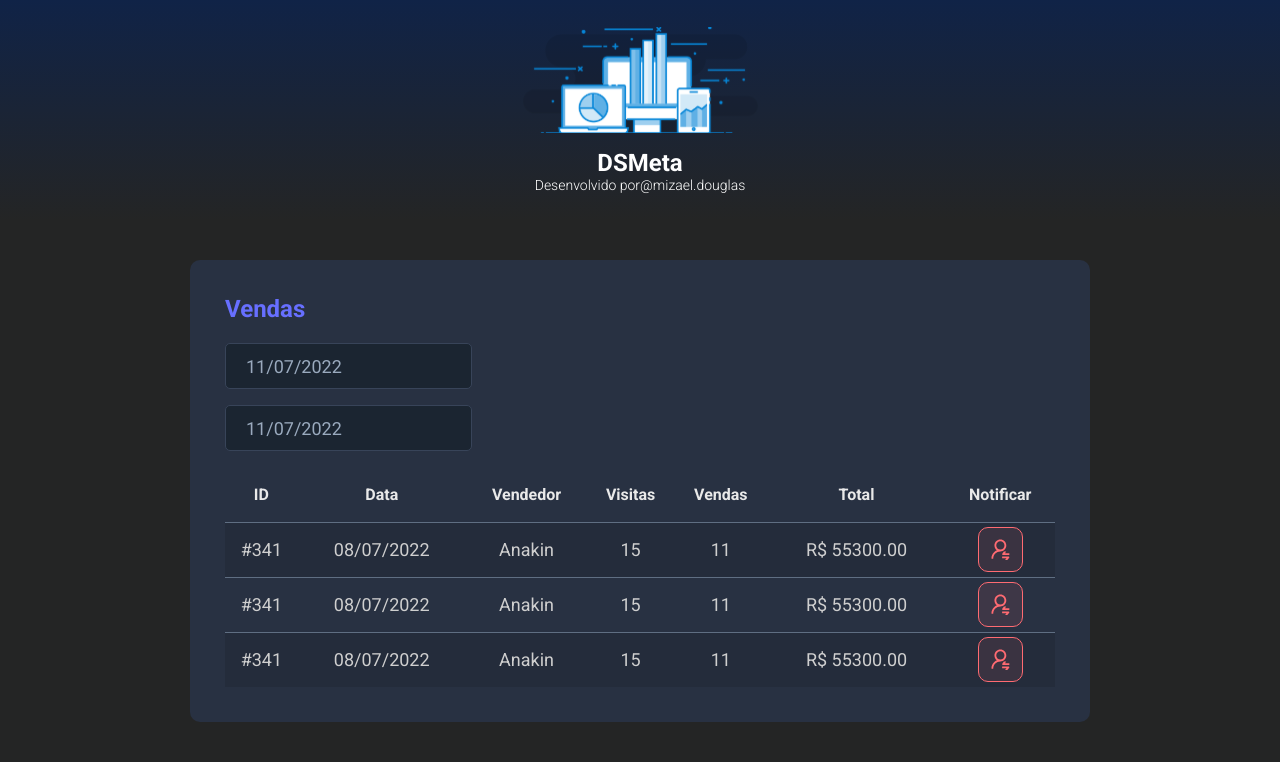
Repository: Mizaeldouglas/ds-Meta
Page: / (app in frontend/)
The author's editor kept a copy of each file at every save. The page is drawn from the files as they stood at one save, then again after the next save.
The browser window is 1280 px wide. The pictures show the whole page.
The project was rebuilt for these pictures with package versions that can differ from the ones it lists, and the page was loaded fresh each time. Also part of the build but not shown: frontend/vite.config.ts.

Above is the page before, as saved 2022-07-11 11:37:25.

### frontend/src/App.tsx
import Header from "./components/Header";
import NotificationButton from "./components/NotificationButton";
import SalesCard from "./components/SalesCard";

function App() {
  return (
    <>
      <Header />
      <main>
        <section id="sales">
          <div className="dsmeta-container">
			<SalesCard />
		  </div>
        </section>
      </main>
    </>
  );
}

export default App;

### frontend/src/index.css
@import url("https://fonts.googleapis.com/css2?family=Roboto:wght@300;400;700&display=swap");

* {
  font-family: "Roboto", sans-serif;
  box-sizing: border-box;
  margin: 0;
  padding: 0;
}

body,
html {
  background-color: #242525;
  color: #fff;
}

a,
a:hover,
a:visited {
  color: unset;
  text-decoration: none;
}
.dsmeta-container {
	width: 100%;
	max-width: 900px;
	margin: 0 auto;
  }

  #sales {
	padding: 40px 10px;
  }

### frontend/src/components/Header/index.tsx
import "./styles.css";
import logo from "../../assets/img/logo.svg";

function Header() {
  return (
    <header>
      <div className="dsmeta-logo-container">
        <img src={logo} alt="DSMeta" />
        <h1>DSMeta</h1>
        <p>
          Desenvolvido por
          <a href="https://www.instagram.com/mizael.douglas">@mizael.douglas</a>
        </p>
      </div>
    </header>
  );
}

export default Header;

### frontend/src/components/SalesCard/index.tsx
import NotificationButton from "../NotificationButton";
import "./styles.css";
import DatePicker from "react-datepicker";
import "react-datepicker/dist/react-datepicker.css";

export default function SalesCard() {
  return (
    <div className="dsmeta-card">
      <h2 className="dsmeta-sales-title">Vendas</h2>
      <div>
        <div className="dsmeta-form-control-container">
          <DatePicker
            selected={new Date()}
            onChange={(date: Date) => {}}
            className="dsmeta-form-control"
            dateFormat="dd/MM/yyyy"
          />
        </div>
        <div className="dsmeta-form-control-container">
          <DatePicker
            selected={new Date()}
            onChange={(date: Date) => {}}
            className="dsmeta-form-control"
            dateFormat="dd/MM/yyyy"
          />
        </div>
      </div>

      <div>
        <table className="dsmeta-sales-table">
          <thead>
            <tr>
              <th className="show992">ID</th>
              <th className="show576">Data</th>
              <th>Vendedor</th>
              <th className="show992">Visitas</th>
              <th className="show992">Vendas</th>
              <th>Total</th>
              <th>Notificar</th>
            </tr>
          </thead>
          <tbody>
            <tr>
              <td className="show992">#341</td>
              <td className="show576">08/07/2022</td>
              <td>Anakin</td>
              <td className="show992">15</td>
              <td className="show992">11</td>
              <td>R$ 55300.00</td>
              <td>
                <div className="dsmeta-red-btn-container">
                  <NotificationButton />
                </div>
              </td>
            </tr>
            <tr>
              <td className="show992">#341</td>
              <td className="show576">08/07/2022</td>
              <td>Anakin</td>
              <td className="show992">15</td>
              <td className="show992">11</td>
              <td>R$ 55300.00</td>
              <td>
                <div className="dsmeta-red-btn-container">
                  <NotificationButton />
                </div>
              </td>
            </tr>
            <tr>
              <td className="show992">#341</td>
              <td className="show576">08/07/2022</td>
              <td>Anakin</td>
              <td className="show992">15</td>
              <td className="show992">11</td>
              <td>R$ 55300.00</td>
              <td>
                <div className="dsmeta-red-btn-container">
                  <NotificationButton />
                </div>
              </td>
            </tr>
          </tbody>
        </table>
      </div>
    </div>
  );
}

### frontend/src/components/Header/styles.css
header {
	background: linear-gradient(180deg, #102347 0%, #242525 100%);
	height: 220px;
	display: flex;
	align-items: center;
	justify-content: center;
  }

  .dsmeta-logo-container {
	display: flex;
	flex-direction: column;
	align-items: center;
  }

  .dsmeta-logo-container img {
	width: 235px;
  }

  .dsmeta-logo-container h1 {
	margin-top: 15px;
	font-size: 24px;
  }

  .dsmeta-logo-container p {
	font-size: 14px;
	font-weight: 300;
  }

### frontend/src/components/NotificationButton/index.tsx
import icon from '../../assets/img/notification-icon.svg'
import './styles.css'

function NotificationButton() {
  return (
    <div className="dsmeta-red-btn">
      <img src={icon} alt="Notificar" />
    </div>
  );
}

export default NotificationButton;

### frontend/src/components/SalesCard/styles.css
.dsmeta-card {
  background-color: #283142;
  border-radius: 10px;
  padding: 30px 10px;
}

.dsmeta-sales-title {
  color: #676fff;
  font-size: 24px;
  margin-bottom: 20px;
}

.dsmeta-form-control-container {
  margin-bottom: 16px;
  max-width: 300px;
}

.dsmeta-form-control {
  width: 100%;
  height: 46px;
  background-color: #1b2531;
  border: 1px solid #384459;
  border-radius: 5px;
  color: #9aaabe;
  padding: 0 20px;
  font-size: 18px;
}

.dsmeta-sales-table {
  width: 100%;
  border-spacing: 0;
  border-collapse: collapse;
}

.dsmeta-sales-table thead {
  height: 55px;
  font-size: 16px;
  color: #e9e9e9;
  font-weight: 700;
}

.dsmeta-sales-table tbody {
  font-size: 14px;
  font-weight: 400;
  color: #cfcfcf;
  text-align: center;
}

.dsmeta-sales-table tbody tr {
  height: 74px;
  border-top: 1px solid #5f6e82;
}

.dsmeta-sales-table tbody tr:hover > td {
  background-color: #384459;
}

.dsmeta-sales-table tbody tr:nth-child(odd) {
  background-color: #242c3b;
}

.dsmeta-red-btn-container {
  display: flex;
  justify-content: center;
}
.show576 {
  display: none;
}

.show992 {
  display: none;
}

@media (min-width: 576px) {
  .show576 {
    display: table-cell;
  }

  .dsmeta-card {
    padding: 35px;
  }

  .dsmeta-sales-table tbody tr {
    height: 55px;
  }

  .dsmeta-sales-table tbody {
    font-size: 18px;
  }
}

@media (min-width: 992px) {
  .show992 {
    display: table-cell;
  }
}

### frontend/src/components/NotificationButton/styles.css
.dsmeta-red-btn {
	height: 45px;
	width: 45px;
	background: rgba(255, 107, 114, 0.1);
	border: 1px solid #ff6b72;
	border-radius: 10px;
	display: flex;
	align-items: center;
	justify-content: center;
	cursor: pointer;
  }

  .dsmeta-red-btn img {
	  width: 19px;
  }

Loaded but not shown: frontend/index.html (common file); frontend/src/main.tsx (common file)

After the next save:
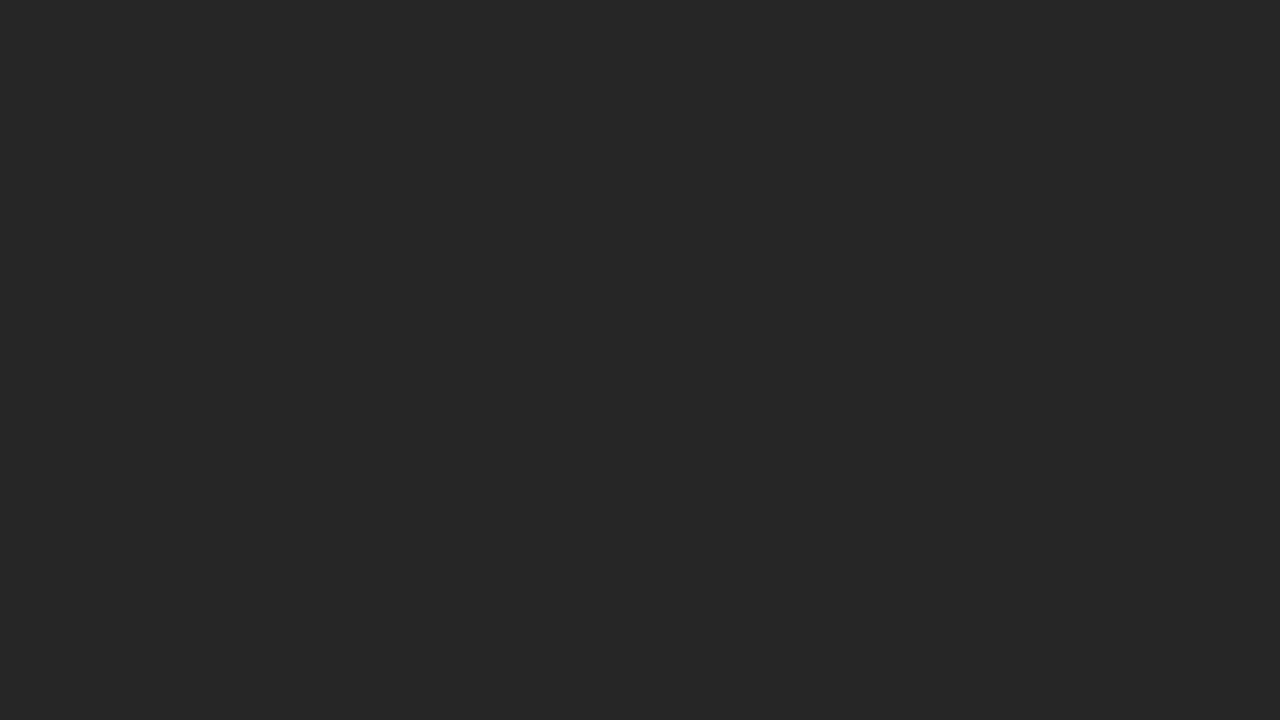
Console error (its wording comes from the project's code and is left out).
Saved 2 min 27 s later.
--- a/frontend/src/components/SalesCard/index.tsx
+++ b/frontend/src/components/SalesCard/index.tsx
@@ -4,9 +4,10 @@
 import "react-datepicker/dist/react-datepicker.css";
 
 export default function SalesCard() {
+  const date = new Date(new Date().setDate(new Date().getDate() - 365));
   return (
     <div className="dsmeta-card">
-      <h2 className="dsmeta-sales-title">Vendas</h2>
+      <h2 className="dsmeta-sales-title">{date}</h2>
       <div>
         <div className="dsmeta-form-control-container">
           <DatePicker

After the save that followed:
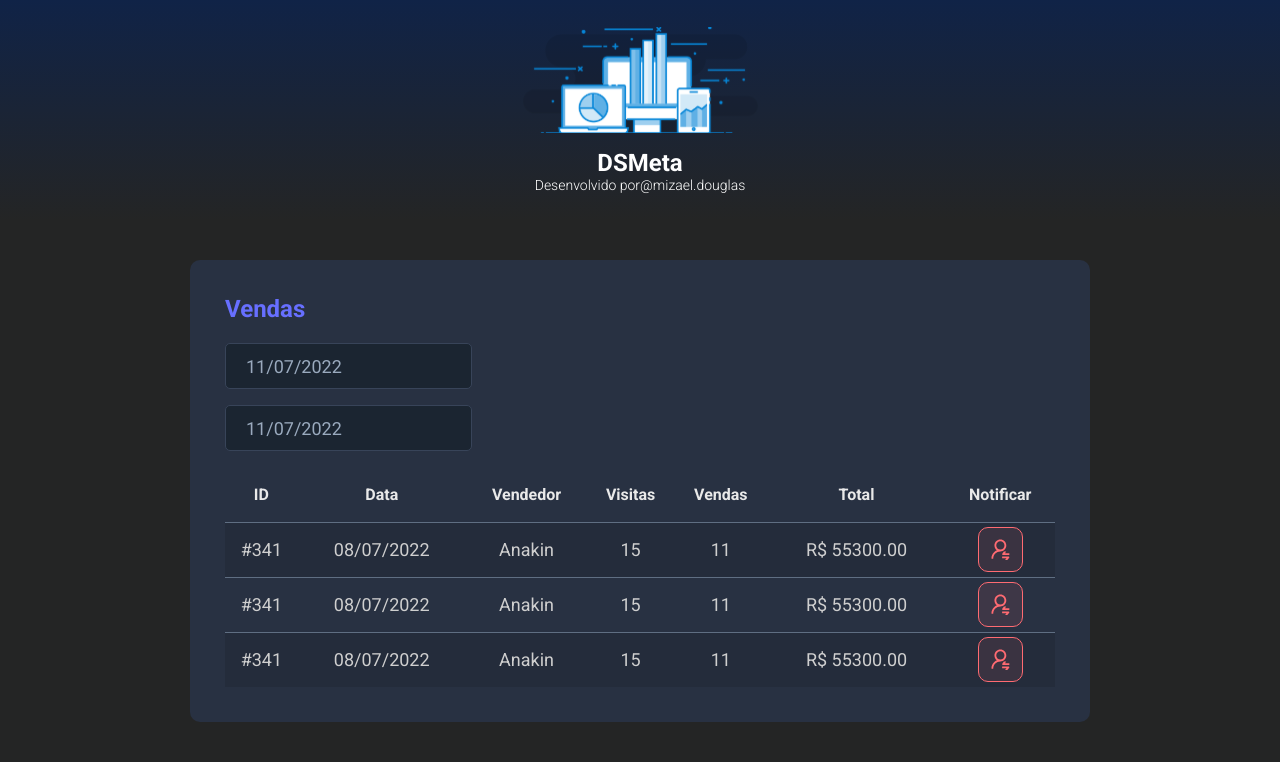
The error is gone.
Saved 11 s later.
--- a/frontend/src/components/SalesCard/index.tsx
+++ b/frontend/src/components/SalesCard/index.tsx
@@ -7,7 +7,7 @@
   const date = new Date(new Date().setDate(new Date().getDate() - 365));
   return (
     <div className="dsmeta-card">
-      <h2 className="dsmeta-sales-title">{date}</h2>
+      <h2 className="dsmeta-sales-title">Vendas</h2>
       <div>
         <div className="dsmeta-form-control-container">
           <DatePicker
